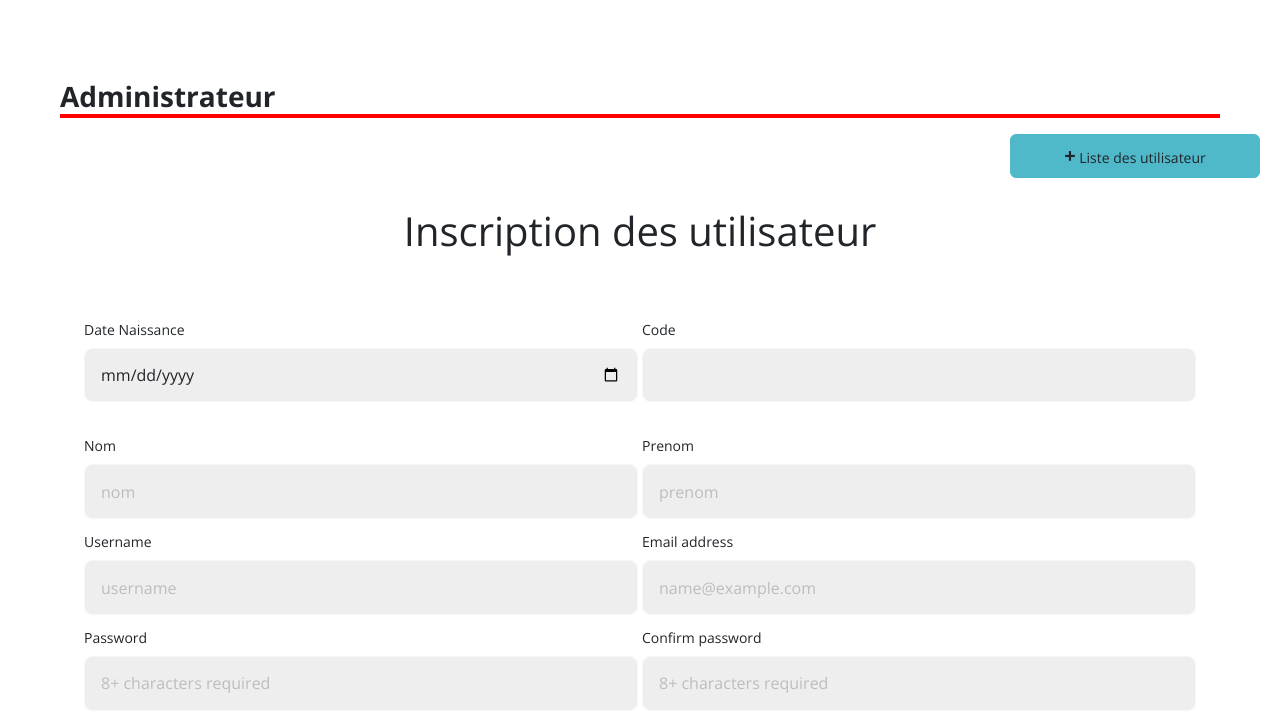
Repository: dimitri0004/Moodle
Page: templates/Etudiant/modifier.html
An editor plug-in stored every save of this project. The page is shown before and after the next save, followed by the edit.
The browser window is 1280 px wide. The pictures show the whole page.
Some icons come from a web library that is not loaded, so they are not drawn. An inner scrolling area shows only its first screen. The template is drawn by Django 4.2. The application's start-up code is not run. The template is opened directly, without the code that normally fills it, so the values that code supplies are empty.

Above is the page before, as saved 2023-08-21 06:06:05.
Console error: TypeError: Cannot set properties of null (setting 'innerHTML')

After the next save:
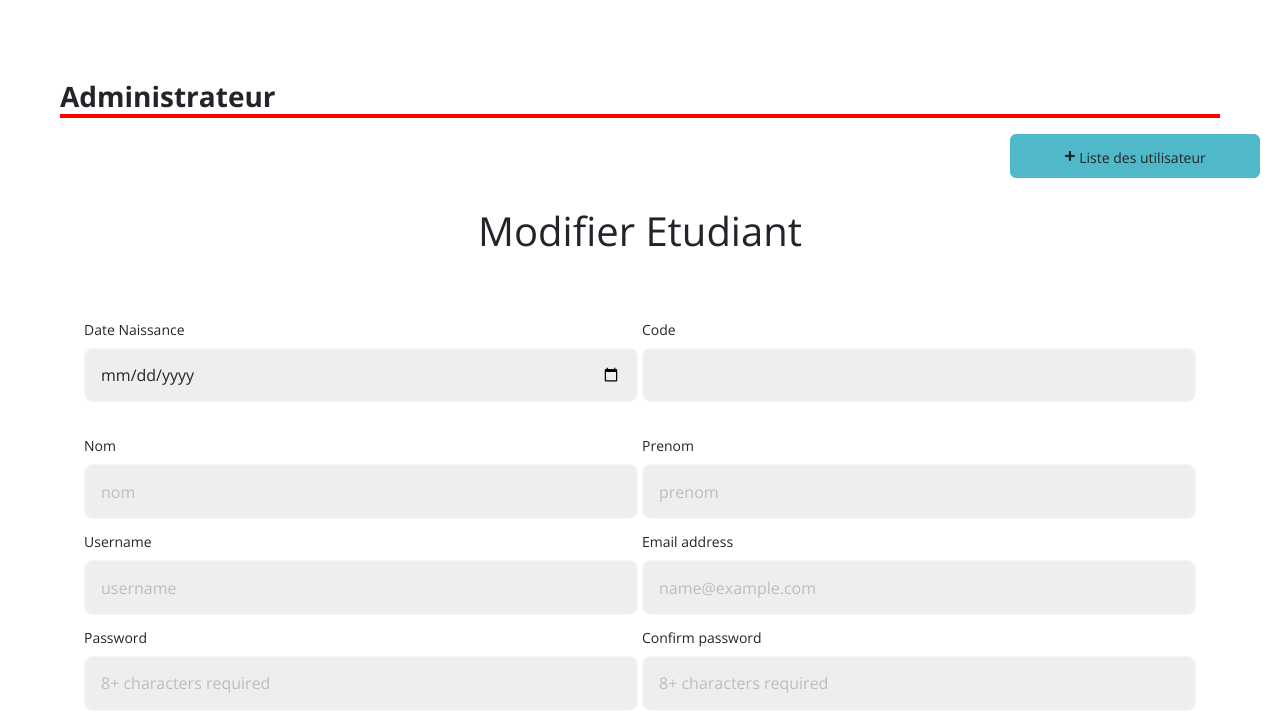
Saved 22 s later.
--- a/templates/Etudiant/modifier.html
+++ b/templates/Etudiant/modifier.html
@@ -21,7 +21,7 @@
 
 
                       <div class="col-12 text-center mb-5">
-                        <h1>Inscription des utilisateur</h1>
+                        <h1>Modifier Etudiant</h1>
 
                       </div>
                       {% if error %}
